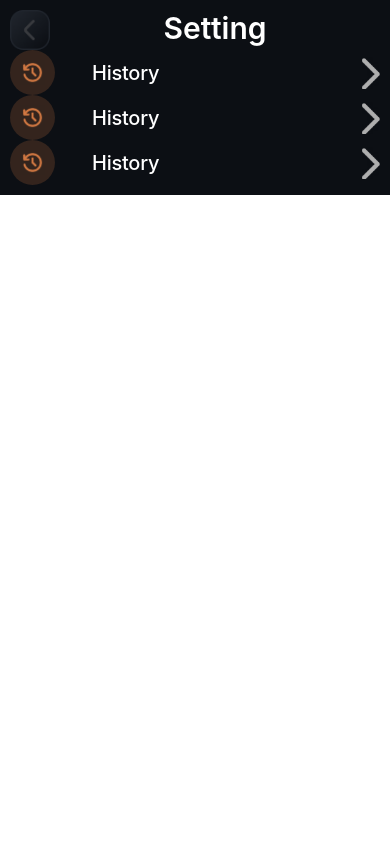
Repository: nguoilaisaochoi/App-coffe
Screen: /
An editor plug-in stored every save of this project. The screen is shown before and after the next save, followed by the edit.
The app was drawn by React Native's web renderer in a window 390 px wide. The project was rebuilt for these pictures with package versions that can differ from the ones it lists, and the page was loaded fresh each time.

Above is the screen before, as saved 2024-01-13 09:02:30.

After the next save:
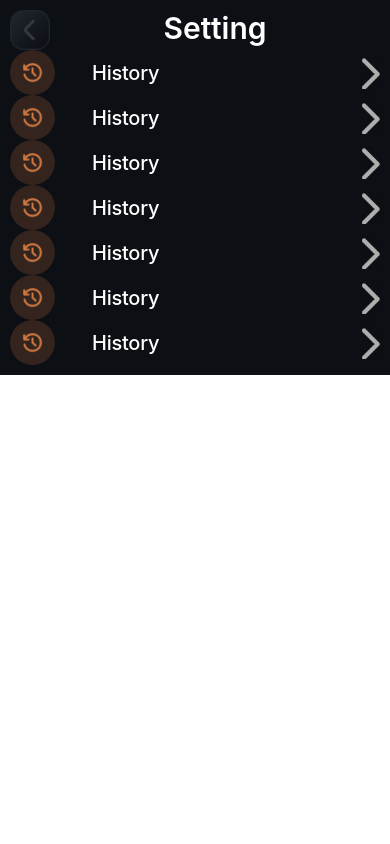
Saved 6 s later.
--- a/src/Setting.js
+++ b/src/Setting.js
@@ -39,6 +39,61 @@ const Setting = () => {
           source={require('../assets/img/Arrow_right.jpg')}
         />
       </View>
+      <View style={mystyle.setting}>
+        <View style={mystyle.bgicon}>
+          <Image
+            style={mystyle.icon}
+            source={require('../assets/img/clock.png')}
+          />
+        </View>
+        <Text style={mystyle.text}>History</Text>
+        <Image
+          style={mystyle.arrowright}
+          source={require('../assets/img/Arrow_right.jpg')}
+        />
+      </View>
+      <View style={mystyle.setting}>
+        <View style={mystyle.bgicon}>
+          <Image
+            style={mystyle.icon}
+            source={require('../assets/img/clock.png')}
+          />
+        </View>
+        <Text style={mystyle.text}>History</Text>
+        <Image
+          style={mystyle.arrowright}
+          source={require('../assets/img/Arrow_right.jpg')}
+        />
+      </View>
+
+      <View style={mystyle.setting}>
+        <View style={mystyle.bgicon}>
+          <Image
+            style={mystyle.icon}
+            source={require('../assets/img/clock.png')}
+          />
+        </View>
+        <Text style={mystyle.text}>History</Text>
+        <Image
+          style={mystyle.arrowright}
+          source={require('../assets/img/Arrow_right.jpg')}
+        />
+      </View>
+
+      <View style={mystyle.setting}>
+        <View style={mystyle.bgicon}>
+          <Image
+            style={mystyle.icon}
+            source={require('../assets/img/clock.png')}
+          />
+        </View>
+        <Text style={mystyle.text}>History</Text>
+        <Image
+          style={mystyle.arrowright}
+          source={require('../assets/img/Arrow_right.jpg')}
+        />
+      </View>
+
       <View style={mystyle.setting}>
         <View style={mystyle.bgicon}>
           <Image
